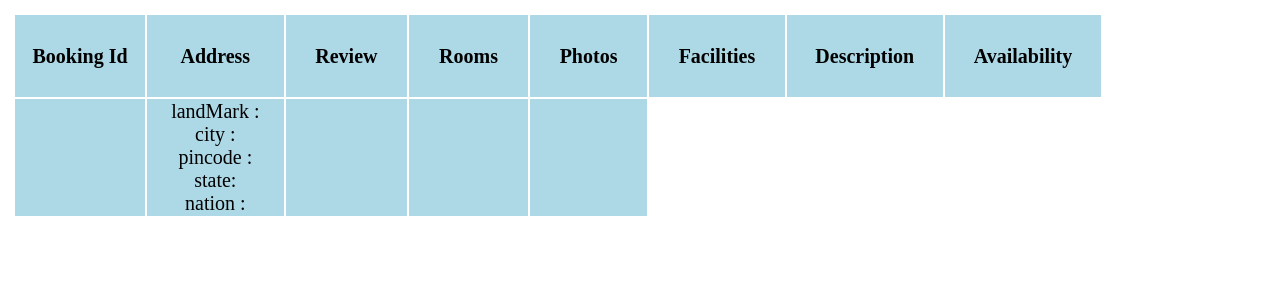
Repository: pparaska/Important
Page: http://localhost/website/WEB-INF/jsp/BookingInformation.jsp
These files come from the project's save history. The page is drawn as it stood at one moment and after the next save; the edit follows.
The browser window is 1280 px wide. The pictures show the whole page.
The page is served by Tomcat 9. Nobody is signed in. The template is opened directly, without the code that normally fills it, so the values that code supplies are empty.

Above is the page before, as saved 2019-02-12 06:06:20.

After the next save:
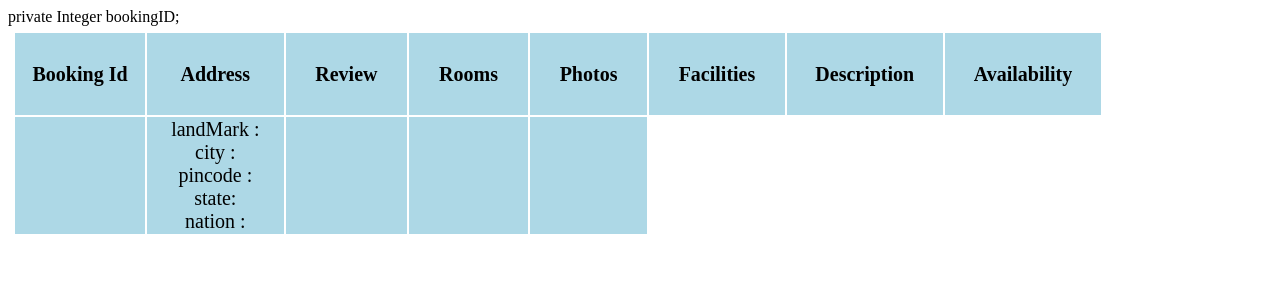
Saved 29 s later.
--- a/Poonam/All_Services/All_Services/website/src/main/webapp/WEB-INF/jsp/BookingInformation.jsp
+++ b/Poonam/All_Services/All_Services/website/src/main/webapp/WEB-INF/jsp/BookingInformation.jsp
@@ -35,6 +35,17 @@ th, td {
 				<th>Description</th>
 				<th>Availability</th>
 			</tr>
+			private Integer bookingID;
+	<!-- private String bookingType;
+	private Object bookingDetails;
+	private LocalDateTime dateOfBooking;
+	private Double totalCost;
+	private List<Customer> customers;
+	private Profile bookedBy;
+	private Hotel hotel;
+	private Flight flight;
+	private LocalDateTime checkInDate;
+	private LocalDateTime checkOutDate; -->
 			<%-- <jstl:set var="rooms" value="" scope="sesion"></jstl:set> --%>
 
 				<tr>
